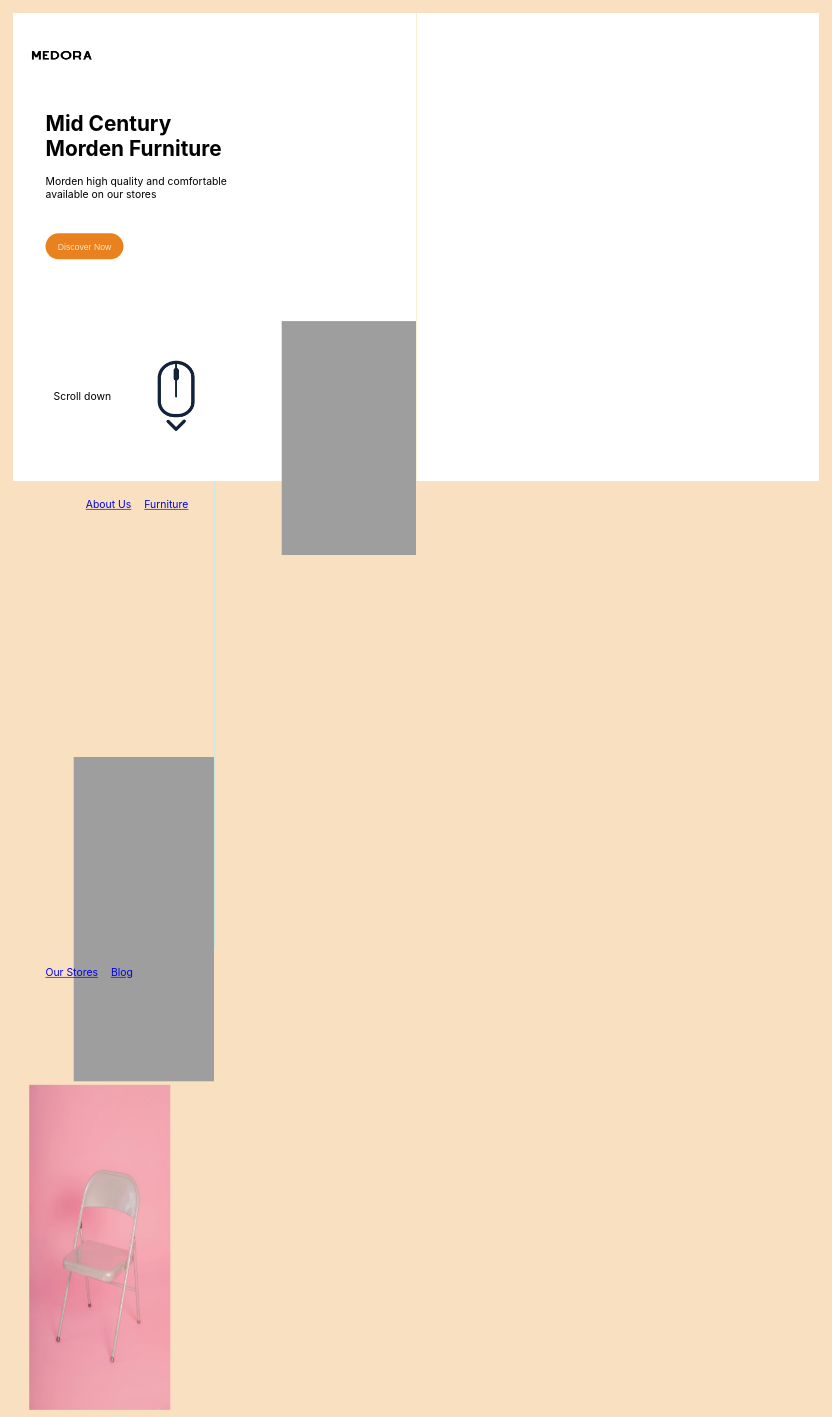
Repository: SbuKhoza/medora
Page: /
These files come from the project's save history. The page is drawn as it stood at one moment and after the next save; the edit follows.
The browser window is 1280 px wide. The pictures show the whole page, at 65% of full size.
Pictures or frames that could not be fetched are drawn as grey boxes. The project was rebuilt for these pictures with package versions that can differ from the ones it lists, and the page was loaded fresh each time.

Above is the page before, as saved 2024-07-12 09:02:16.

After the next save:
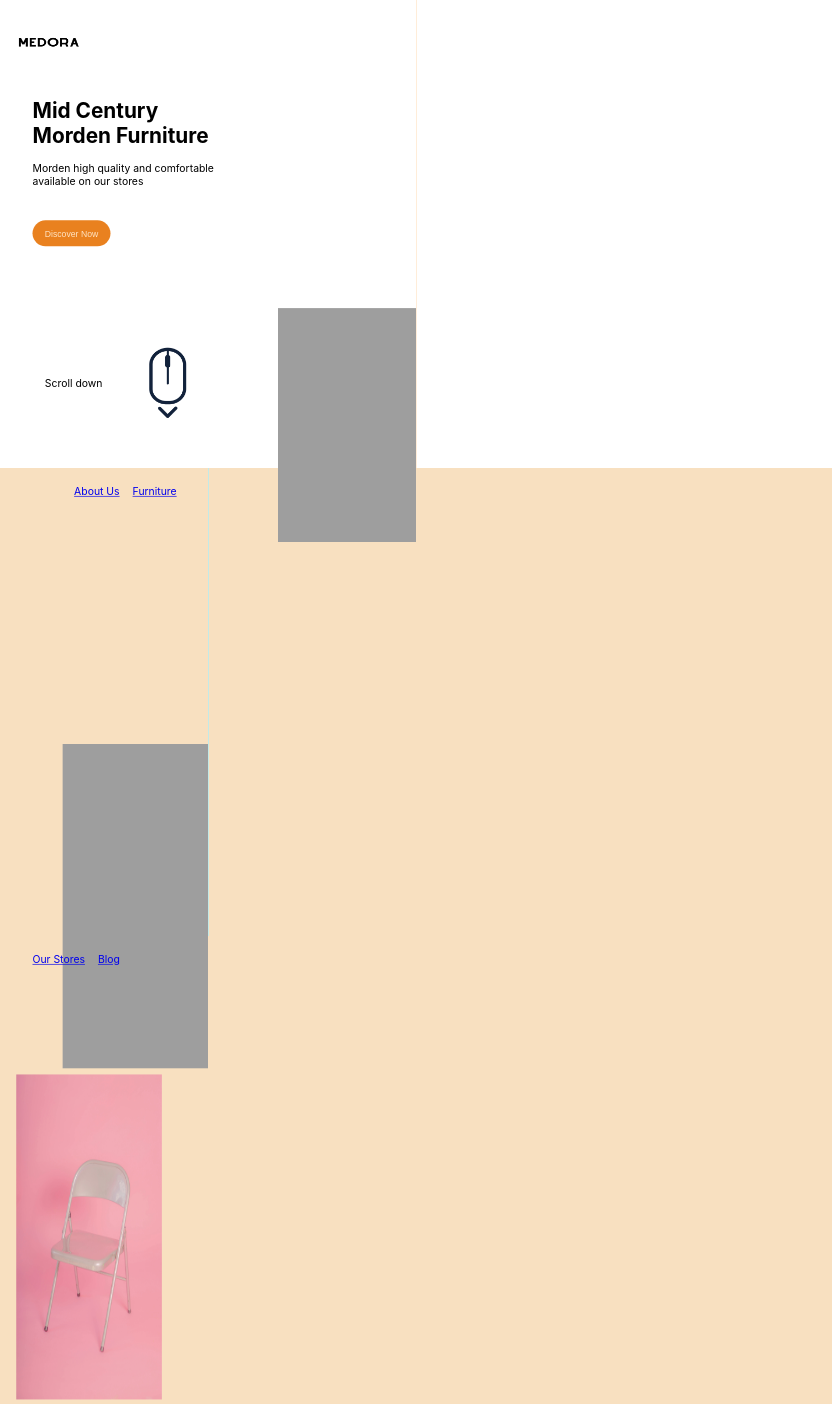
Saved 15 s later.
--- a/src/App.css
+++ b/src/App.css
@@ -5,7 +5,7 @@ body {
 .container {
   display: flex;
   height: 100vh;
-  margin: 20px;
+
   background-color: rgb(255, 255, 255);
 
 }
